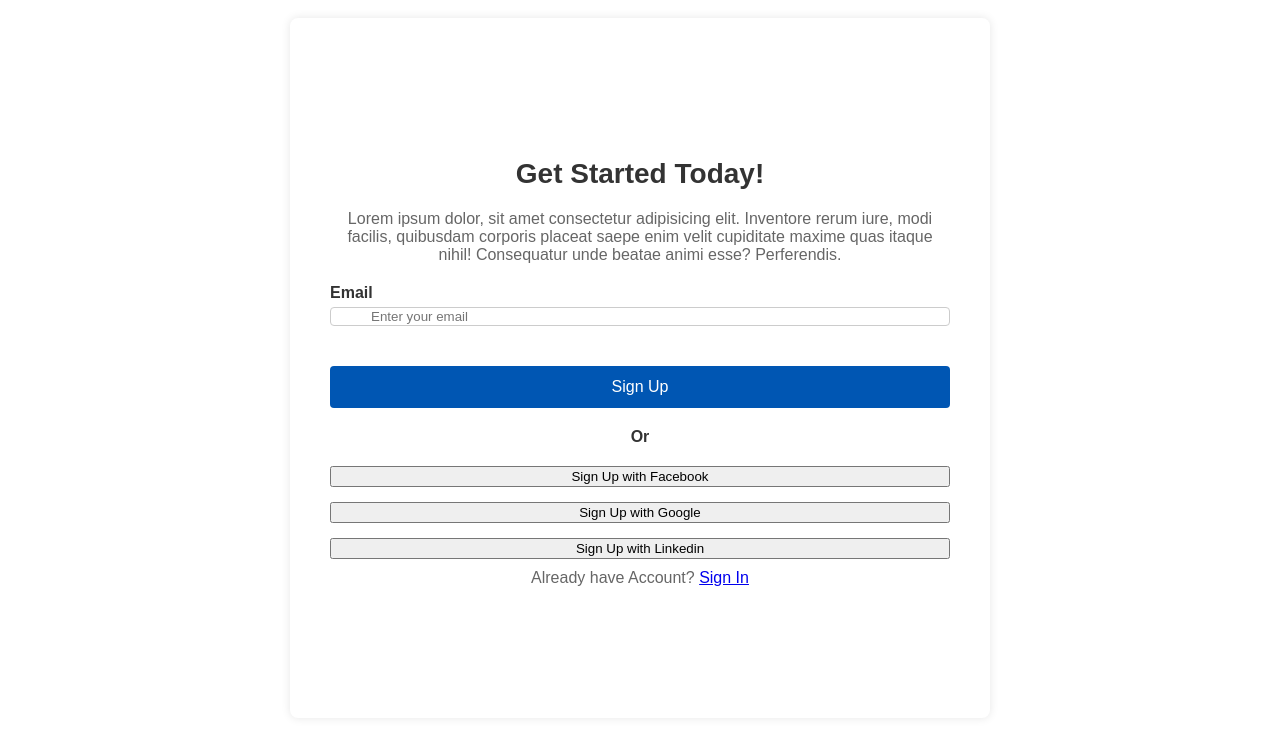
Repository: Femi007-gh/LOGIN-INTERFACE
Page: index.html
The author's editor kept a copy of each file at every save. The page is drawn from the files as they stood at one save, then again after the next save.
The browser window is 1280 px wide. The pictures show the whole page.

Above is the page before, as saved 2025-01-20 20:25:02.

After the next save:
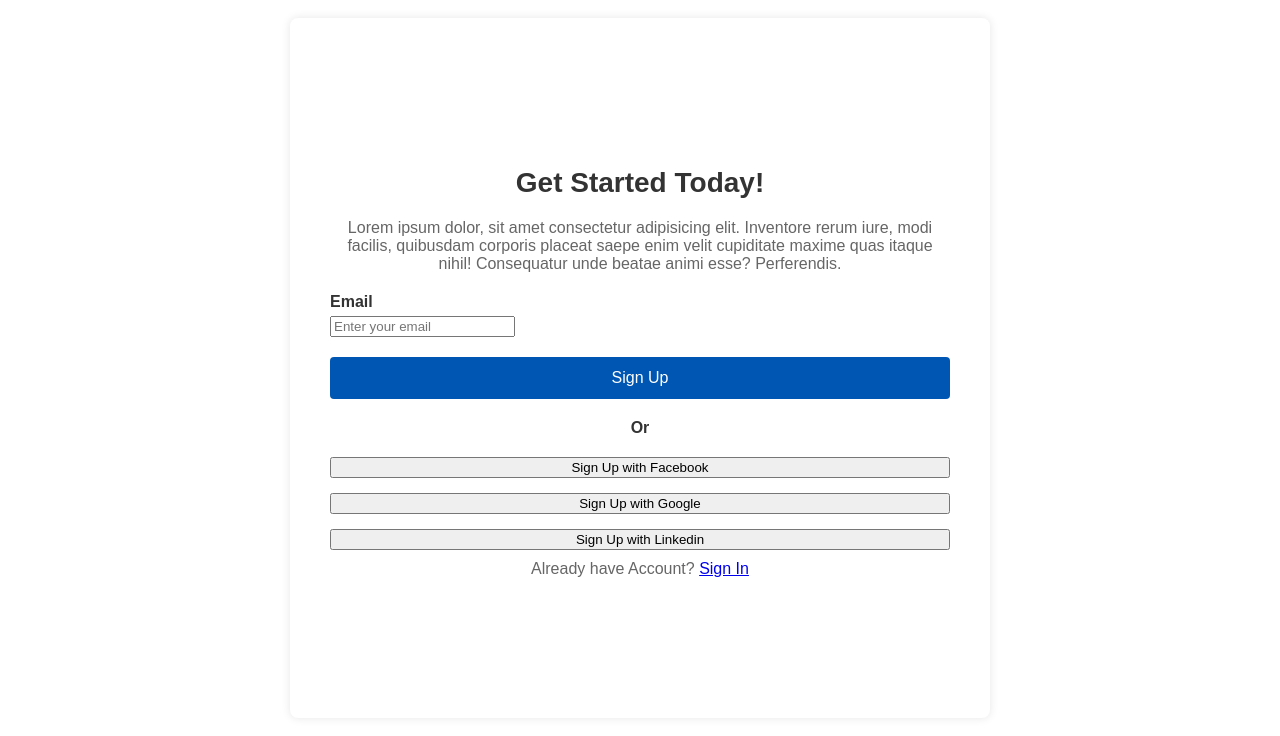
Saved 2 min 55 s later.
--- a/style.css
+++ b/style.css
@@ -53,7 +53,7 @@
   position: relative;
 }
 
-input[type="email"], input[type="text"] {
+input[type="email"],  {
   width: 100%;
   border: 1px solid #ccc;
   border-radius: 4px;

After the save that followed:
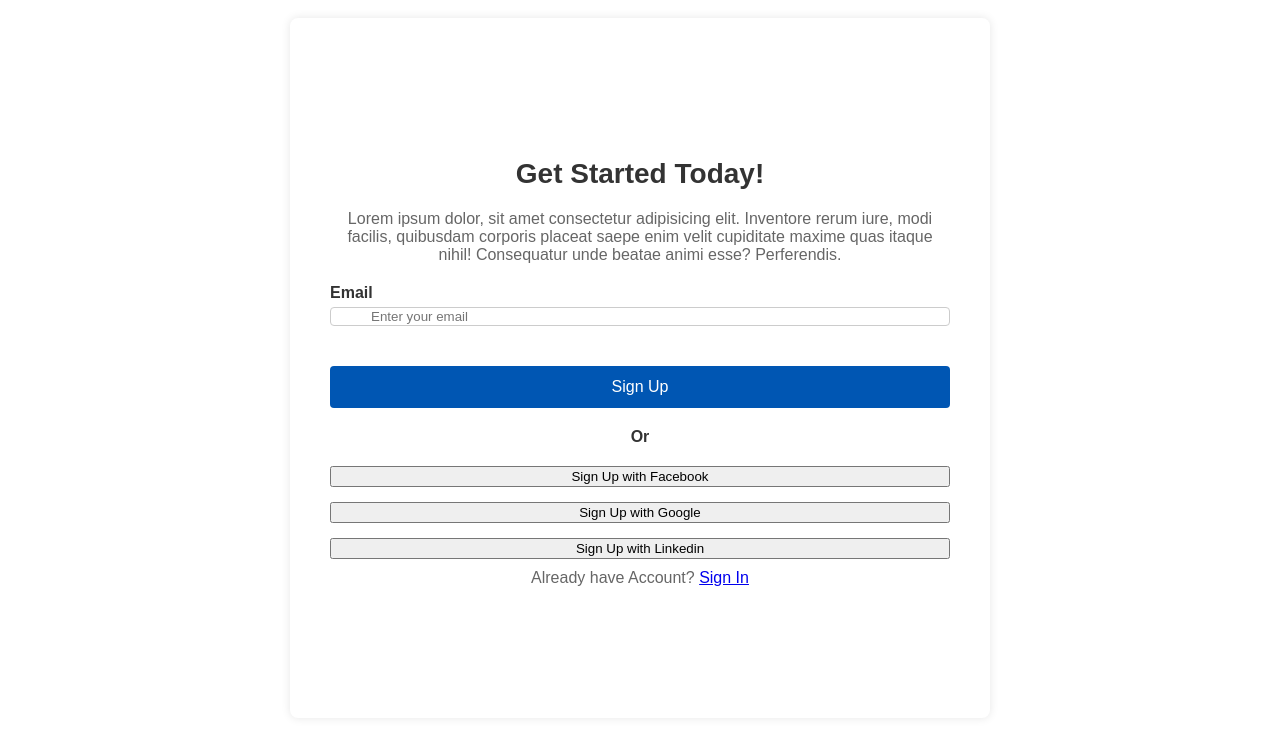
Saved 4 s later.
--- a/style.css
+++ b/style.css
@@ -53,7 +53,7 @@
   position: relative;
 }
 
-input[type="email"],  {
+input[type="email"], input[type="text"] {
   width: 100%;
   border: 1px solid #ccc;
   border-radius: 4px;
